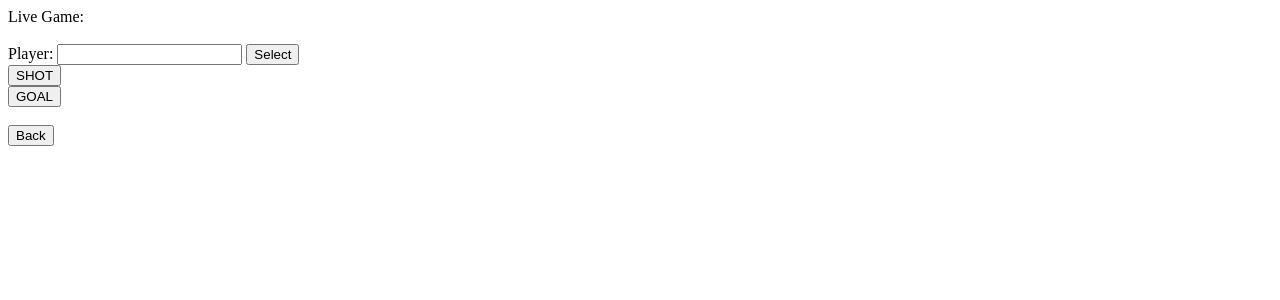
Repository: FredGlozman/SwiftScore
Page: SwiftScore/LiveScoreKeeping.html
These files come from the project's save history. The page is drawn as it stood at one moment and after the next save; the edit follows.
The browser window is 1280 px wide. The pictures show the whole page.

Above is the page before, as saved 2015-12-01 23:16:14.

### SwiftScore/LiveScoreKeeping.html
<html>
<head>
<title>Live Score Keeping</title>
</head>
<body>
<form action="LiveScoreKeeping.php" method = "post" >
Live Game:
<br><br>
Player: <input type="text" name="player"> <input type= "submit" value= "Select">
 <br>
  <input type= "submit" value= "SHOT">
 <br>
  <input type= "submit" value= "GOAL">
<br><br>
<input type= "submit" value= "Back">

</form>
</body>
</html>

After the next save:
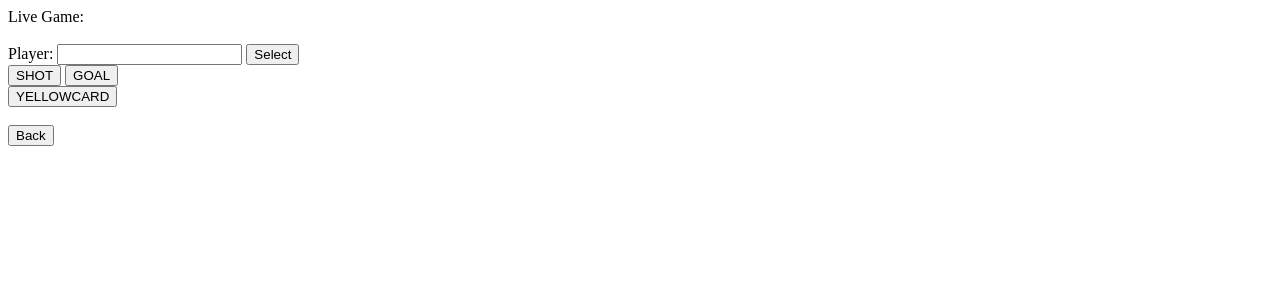
Saved 15 s later.
--- a/SwiftScore/LiveScoreKeeping.html
+++ b/SwiftScore/LiveScoreKeeping.html
@@ -9,8 +9,9 @@ Live Game:
 Player: <input type="text" name="player"> <input type= "submit" value= "Select">
  <br>
   <input type= "submit" value= "SHOT">
+  <input type= "submit" value= "GOAL">
  <br>
-  <input type= "submit" value= "GOAL">
+  <input type= "submit" value= "YELLOWCARD">
 <br><br>
 <input type= "submit" value= "Back">
 
